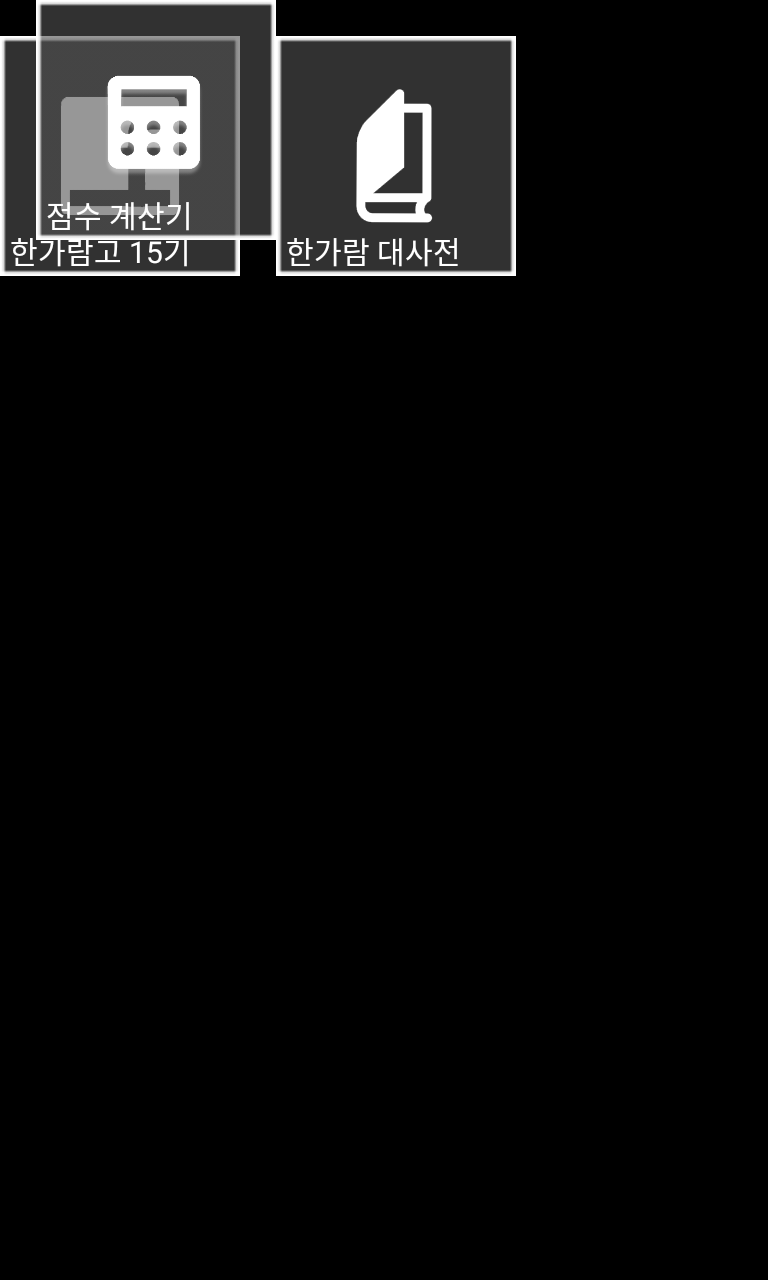
Repository: hgrateam/HangaramAPP_OLD-v2.0.6
Layout: HangaramAPP/res/layout/metro_view_menu2.xml
These files come from the project's save history. The layout is drawn as it stood at one moment and after the next save; the edit follows.
It is drawn on a 768 x 1280 px phone screen (xhdpi) without system bars, with theme android:Theme.Black.NoTitleBar; the app's code is not run.

Above is the layout before, as saved 2012-07-11 18:08:47.

After the next save:
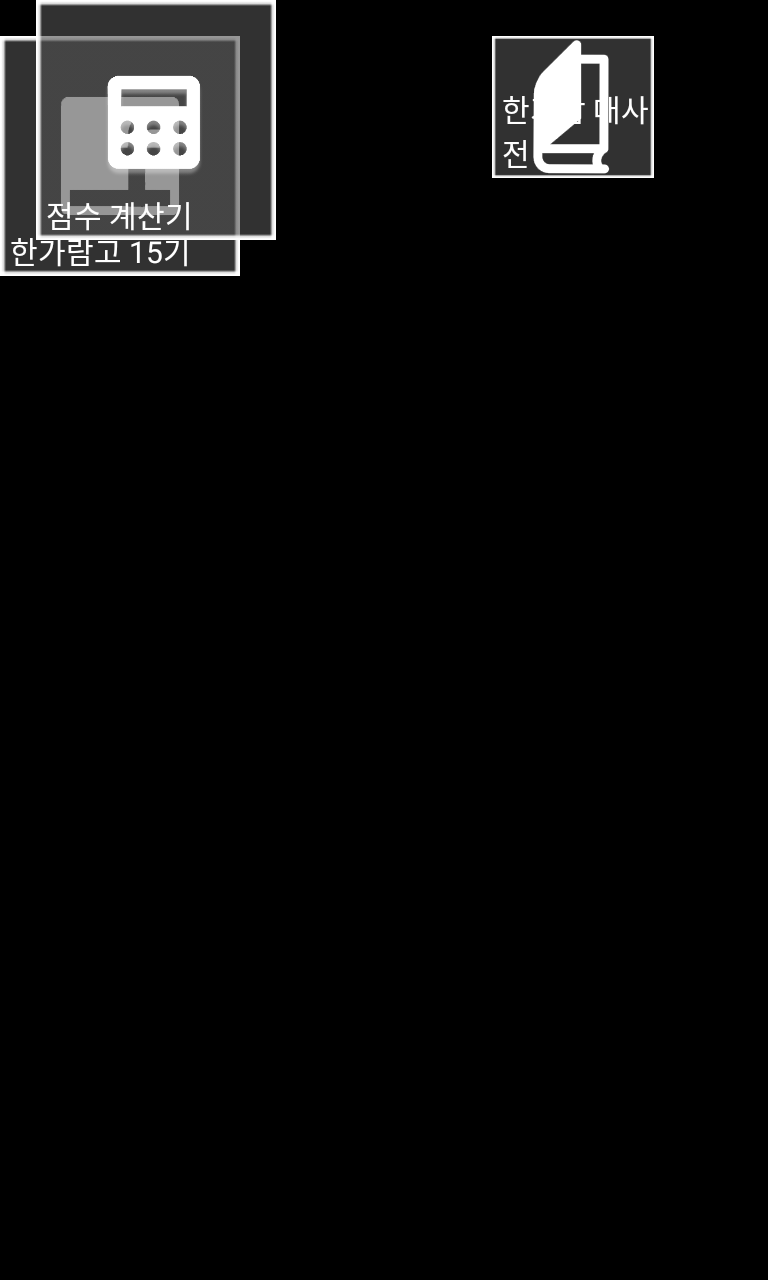
Saved 78 s later.
--- a/HangaramAPP/res/layout/metro_view_menu2.xml
+++ b/HangaramAPP/res/layout/metro_view_menu2.xml
@@ -3,9 +3,11 @@
     android:layout_width="fill_parent"
     android:layout_height="wrap_content"
     android:orientation="vertical" >
+
     <RelativeLayout
-    android:layout_width="fill_parent"
-    android:layout_height="fill_parent">
+        android:layout_width="fill_parent"
+        android:layout_height="436dp" >
+
          <FrameLayout
             android:id="@+id/l15th"
             android:layout_width="120dp"
@@ -43,48 +45,6 @@
                     android:layout_centerVertical="true"
                     android:contentDescription="@string/facebook_w"
                     android:src="@drawable/facebook_w" />
-            </RelativeLayout>
-        </FrameLayout>
-
-
-
-        <FrameLayout
-            android:id="@+id/lwiki"
-            android:layout_width="120dp"
-            android:layout_height="120dp"
-            android:layout_alignTop="@+id/l15th"
-            android:layout_marginLeft="18dp"
-            android:layout_toRightOf="@+id/l15th" >
-
-            <Button
-                android:id="@+id/toHGRency"
-                android:layout_width="fill_parent"
-                android:layout_height="fill_parent"
-                android:background="#00000000" />
-
-            <RelativeLayout
-                android:layout_width="fill_parent"
-                android:layout_height="fill_parent"
-                android:background="@drawable/trans_frame_btn2" >
-
-                <TextView
-                    android:layout_width="wrap_content"
-                    android:layout_height="wrap_content"
-                    android:layout_alignParentBottom="true"
-                    android:layout_alignParentLeft="true"
-                    android:layout_marginBottom="2dp"
-                    android:layout_marginLeft="5dp"
-                    android:text="@string/toHGRency"
-                    android:textAppearance="?android:attr/textAppearanceMedium"
-                    android:textSize="15dp" />
-
-                <ImageView
-                    android:layout_width="70dp"
-                    android:layout_height="70dp"
-                    android:layout_centerHorizontal="true"
-                    android:layout_centerVertical="true"
-                    android:contentDescription="@string/facebook_w"
-                    android:src="@drawable/encyclopedia_w" />
             </RelativeLayout>
         </FrameLayout>
 
@@ -129,11 +89,46 @@
             </RelativeLayout>
         </FrameLayout>
 
+        <FrameLayout
+            android:id="@+id/lwiki"
+            android:layout_width="120dp"
+            android:layout_height="120dp"
+            android:layout_alignParentRight="true"
+            android:layout_alignParentTop="true"
+            android:layout_marginRight="18dp"
+            android:layout_marginTop="18dp" >
 
+            <Button
+                android:id="@+id/toHGRency"
+                android:layout_width="92dp"
+                android:layout_height="94dp"
+                android:background="#00000000" />
 
+            <RelativeLayout
+                android:layout_width="81dp"
+                android:layout_height="71dp"
+                android:background="@drawable/trans_frame_btn2" >
 
+                <TextView
+                    android:layout_width="wrap_content"
+                    android:layout_height="wrap_content"
+                    android:layout_alignParentBottom="true"
+                    android:layout_alignParentLeft="true"
+                    android:layout_marginBottom="2dp"
+                    android:layout_marginLeft="5dp"
+                    android:text="@string/toHGRency"
+                    android:textAppearance="?android:attr/textAppearanceMedium"
+                    android:textSize="15dp" />
 
-
+                <ImageView
+                    android:layout_width="70dp"
+                    android:layout_height="70dp"
+                    android:layout_centerHorizontal="true"
+                    android:layout_centerVertical="true"
+                    android:contentDescription="@string/facebook_w"
+                    android:src="@drawable/encyclopedia_w" />
+            </RelativeLayout>
+        </FrameLayout>
 
     </RelativeLayout>
 
